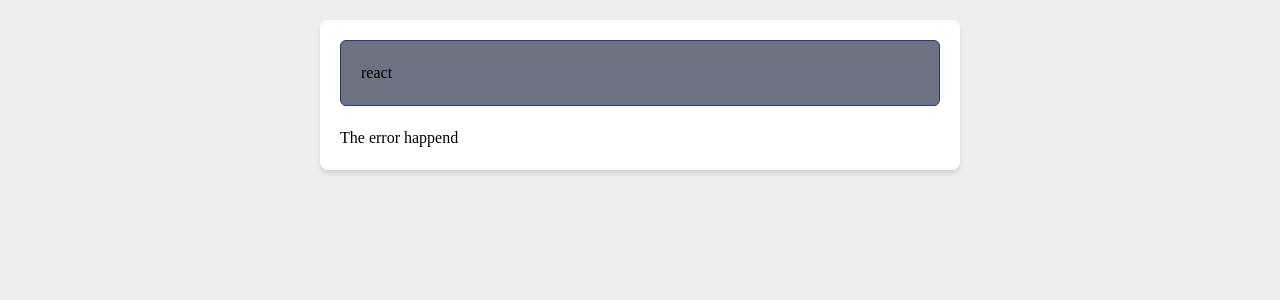
Repository: 16-Doffy/Fe-Khhoahoc
Page: /
An editor plug-in stored every save of this project. The page is shown before and after the next save, followed by the edit.
The browser window is 1280 px wide. The pictures show the whole page.
The page's requests for data from a server got no answer. The project was rebuilt for these pictures with package versions that can differ from the ones it lists, and the page was loaded fresh each time. No one was signed in, and anything a server would have sent is missing. Also part of the build but not shown: src/App.css.

Above is the page before, as saved 2025-01-14 15:35:20.

After the next save:
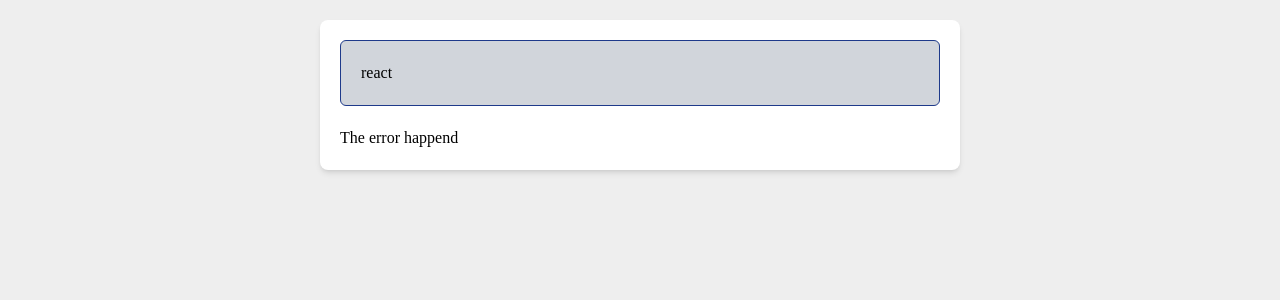
Saved 6 s later.
--- a/src/components/news/HackerNews.js
+++ b/src/components/news/HackerNews.js
@@ -32,7 +32,7 @@ const HackerNews = () => {
     <div className="bg-white mx-auto mt-5 p-5 rounded-lg shadow-md w-2/4">
       <input
         type="text"
-        className="bg-gray-500 border border-blue-900 text-black p-5 mb-5 block w-full rounded-md"
+        className="bg-gray-300 border border-blue-900 text-black p-5 mb-5 block w-full rounded-md"
         defaultValue={query}
         onChange={handleUpdateQuery}
       />
